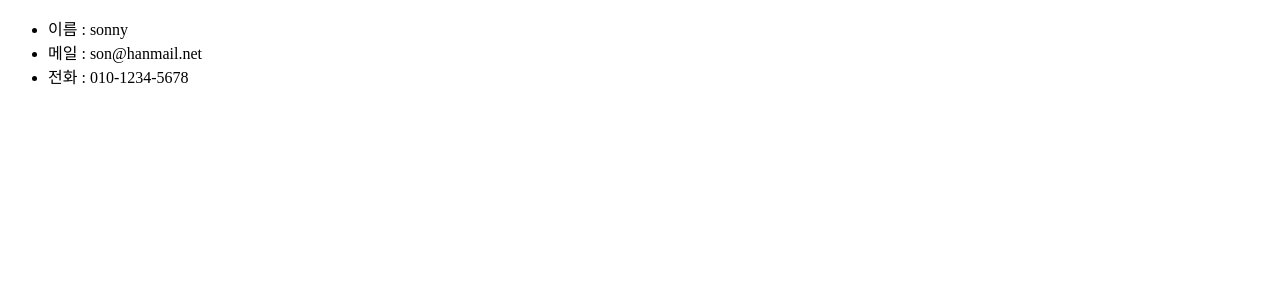
Repository: tomaters/servlets-JSP
Page: http://localhost/jsptest/eltag/elex1.jsp
The author's editor kept a copy of each file at every save. The page is drawn from the files as they stood at one save, then again after the next save.
The browser window is 1280 px wide. The pictures show the whole page.
The page is served by Tomcat 10. Nobody is signed in. The application's start-up code is not run.

Above is the page before, as saved 2023-12-08 00:43:16.

After the next save:
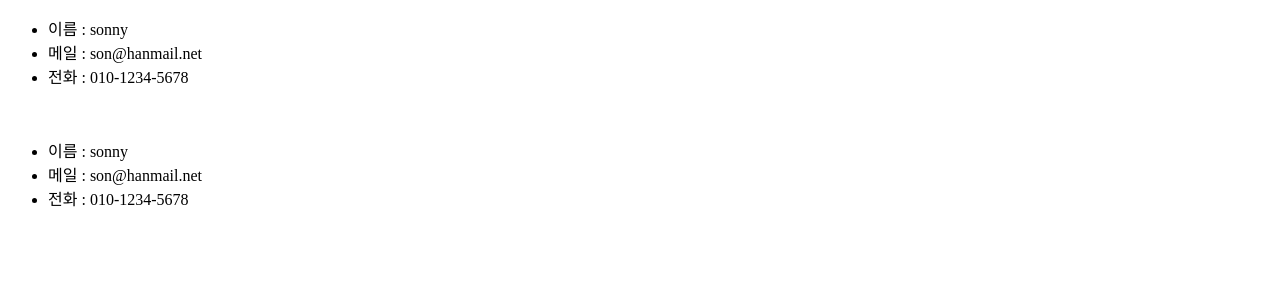
Saved 2 min 0 s later.
--- a/jsptest/src/main/webapp/eltag/elex1.jsp
+++ b/jsptest/src/main/webapp/eltag/elex1.jsp
@@ -24,5 +24,12 @@
 		<li>메일 : ${customer.email}</li>
 		<li>전화 : ${customer.phone}</li>
 	</ul>
+	<br>
+	<ul>
+		<li>이름 : ${customer.name}</li>
+		<li>메일 : ${customer.email}</li>
+		<li>전화 : ${customer.phone}</li>
+	</ul>
+
 </body>
 </html>
